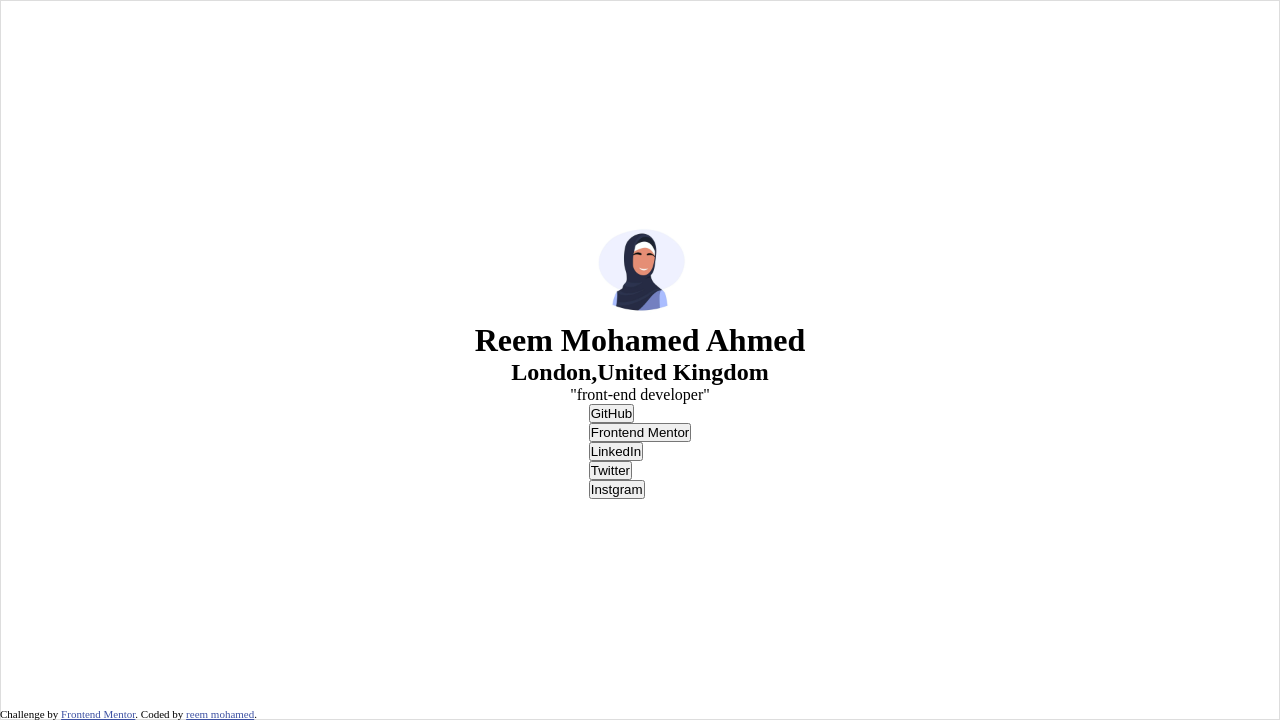
Repository: reemoon-ctrl/social_links_profile_main
Page: index.html
The author's editor kept a copy of each file at every save. The page is drawn from the files as they stood at one save, then again after a run of saves.
The browser window is 1280 px wide. The pictures show the whole page.

Above is the page before, as saved 2024-07-23 10:06:44.

After the next 2 saves:
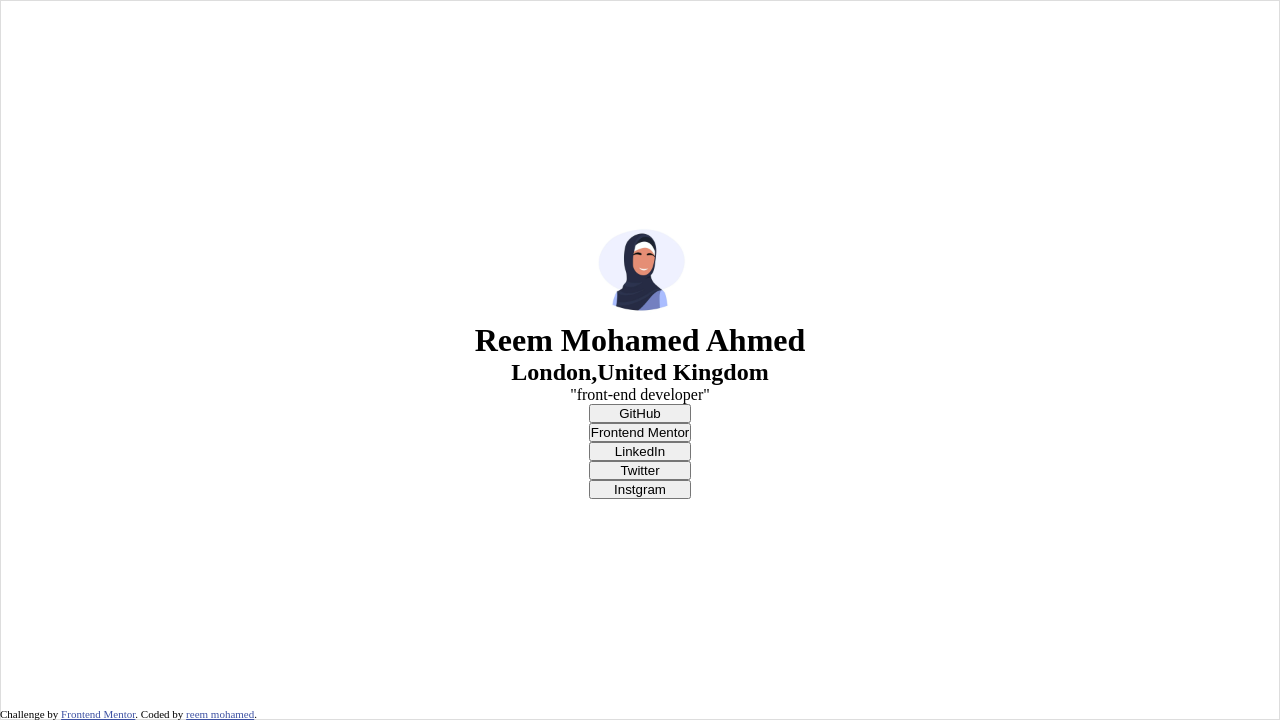
The 2 saves are shown as one change because they came seconds apart.
The last was saved 7 s later.
--- a/index.css
+++ b/index.css
@@ -27,7 +27,7 @@ body{
 
 }
 .form-container button{
-    width:
+    width:100%;
 
 }
 img{
